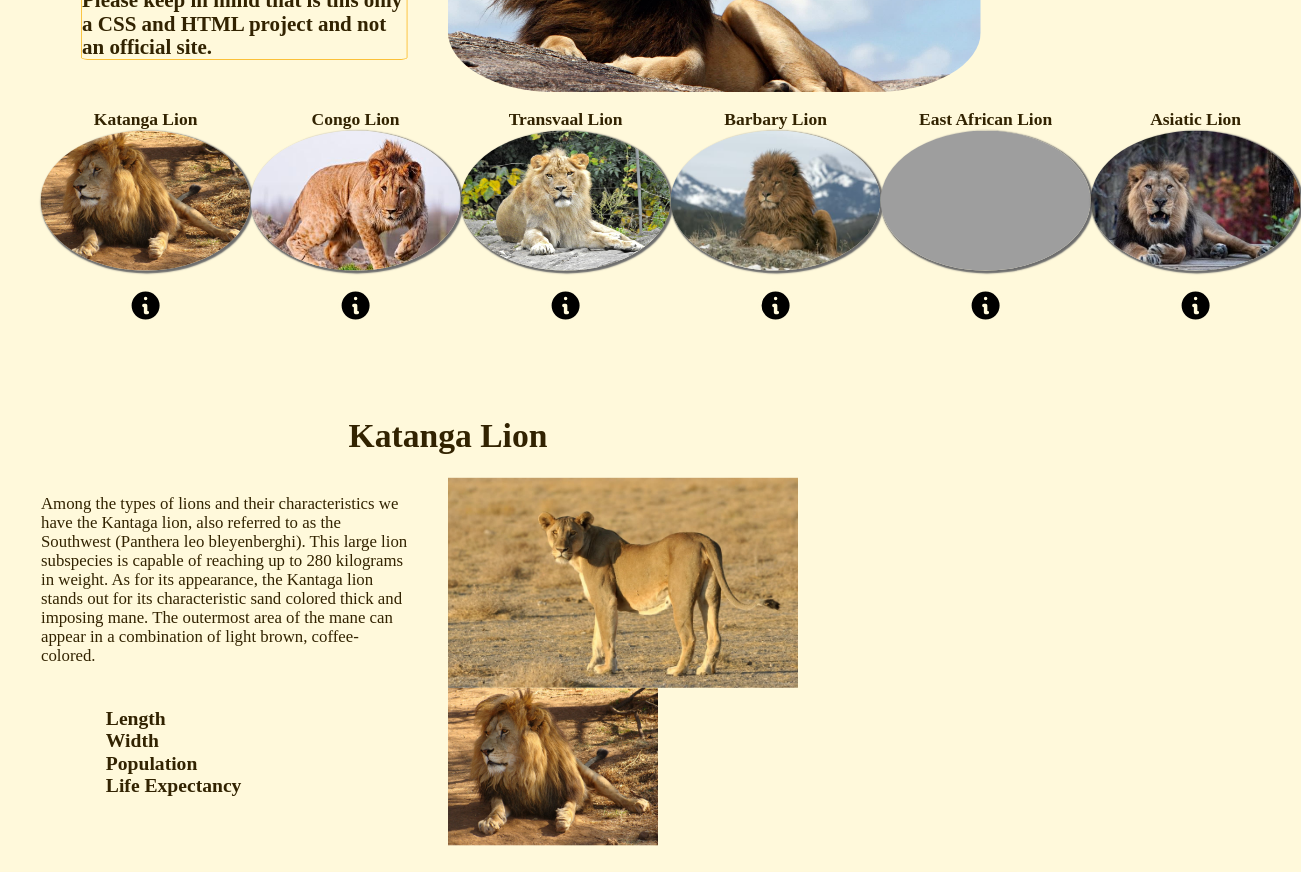
Repository: GeorgeManias/lions_project
Page: index.html
The author's editor kept a copy of each file at every save. The page is drawn from the files as they stood at one save, then again after the next save.
The browser window is 1280 px wide. The page is 1858 px wide, so the pictures cover 1858 px, including what lies to the right of the window. The pictures show the part of the page from y = 522 to 1842 px (the page is 1767 px tall before and 1842 px after), at 70% of full size.
Pictures or frames that could not be fetched are drawn as grey boxes. Some web fonts or font styles are not loaded; a fallback is used.

Above is the page before, as saved 2021-11-05 20:39:13.

After the next save:
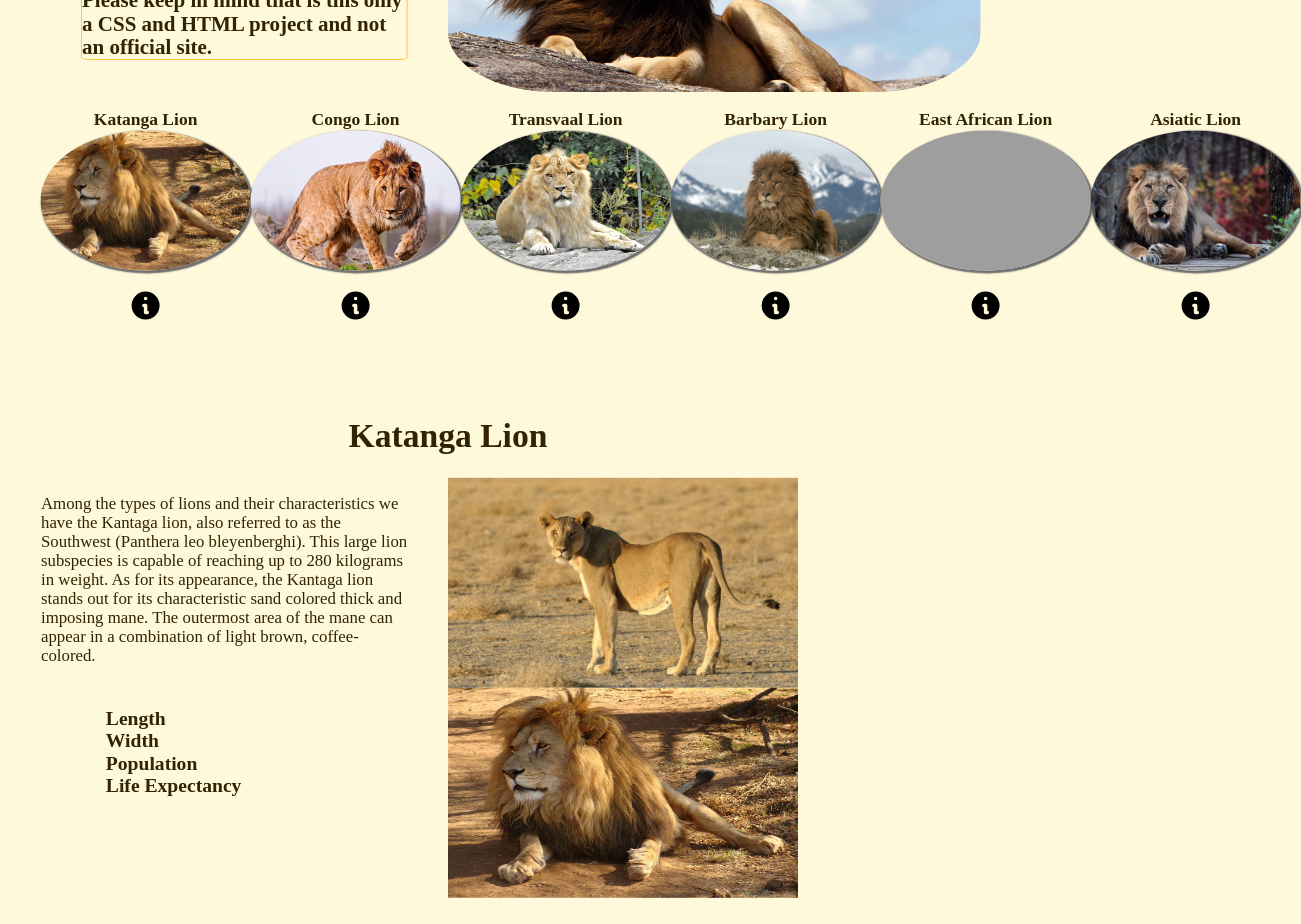
Saved 17 s later.
--- a/index.css
+++ b/index.css
@@ -292,7 +292,8 @@ Katanga Analysis 1/6 Arxh
 }
 
 .analysis_male_lion {
-  width: 300px;
+  width: 500px;
+  height: 300px;
 }
 .analysis_female_lion {
   width: 500px;
